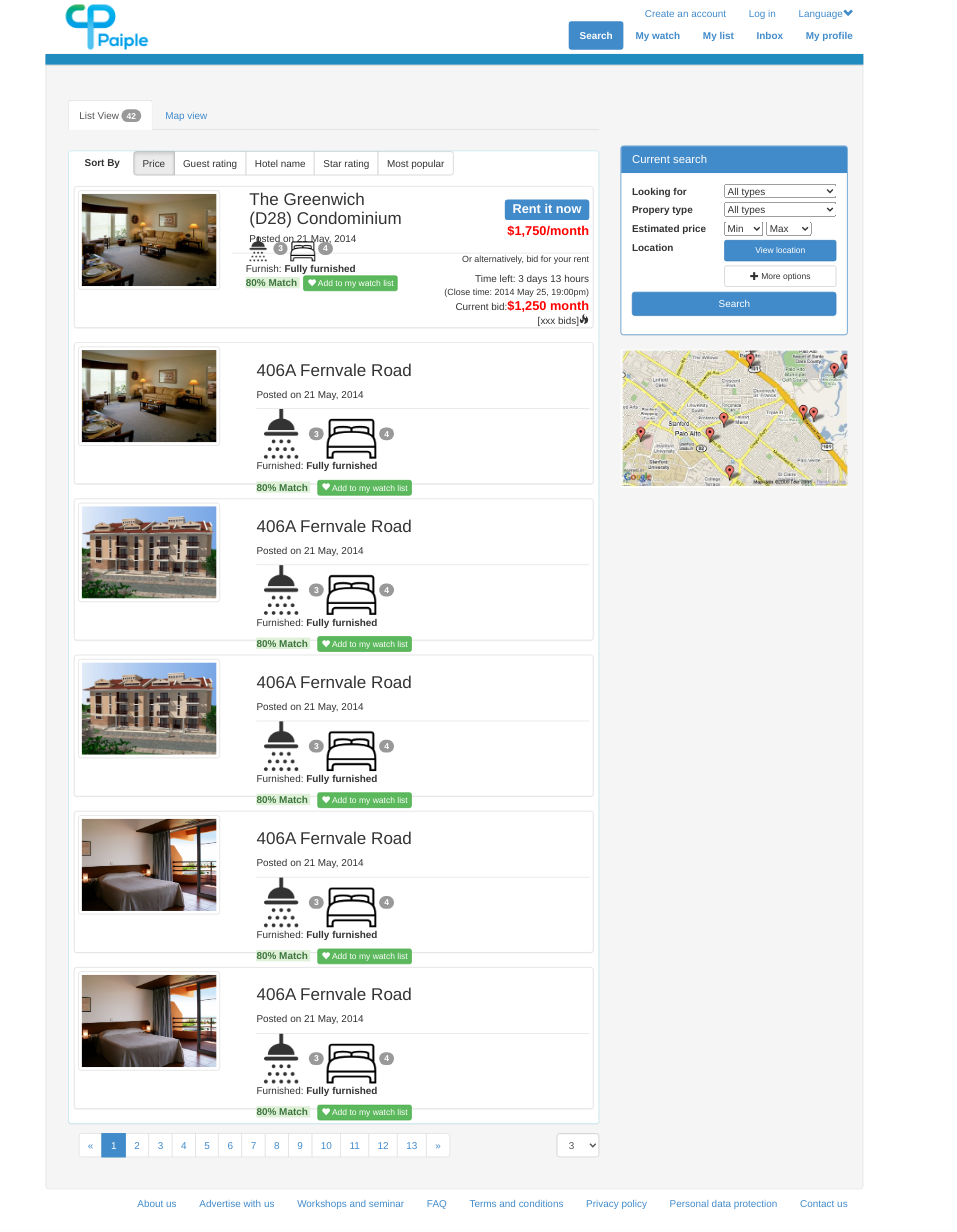
Repository: thytran142/Intern
Page: Internship/ListingPage.html
These files come from the project's save history. The page is drawn as it stood at one moment and after the next save; the edit follows.
The browser window is 1280 px wide. The page is 1348 px wide, so the pictures cover 1348 px, including what lies to the right of the window. The pictures show the whole page, at 71% of full size.
Some web libraries are served in a nearby version.

Above is the page before, as saved 2014-05-23 05:47:12.

After the next save:
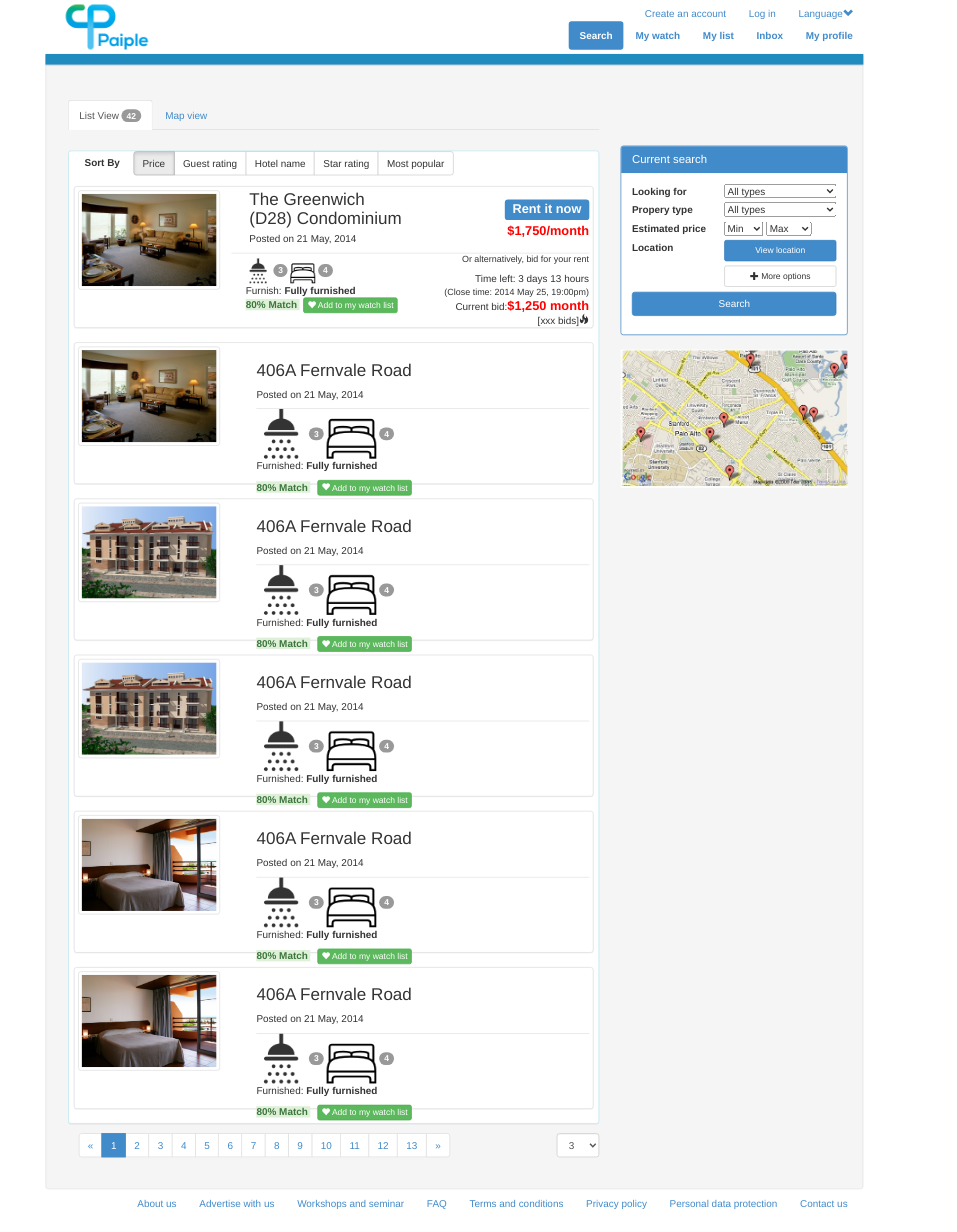
Saved 4 min 45 s later.
--- a/Internship/ListingPage.html
+++ b/Internship/ListingPage.html
@@ -169,7 +169,7 @@
 							</tr>
 							<tr>
 								<td style="padding-left:4%;">
-									<div style="margin-top:-35%;">
+									<div style="margin-top:-10%;">
 									<img src="img/bath_room.png"> <span class="badge">3</span>
 									<img src="img/bed.png"> <span class="badge">4</span>
 									</div>
